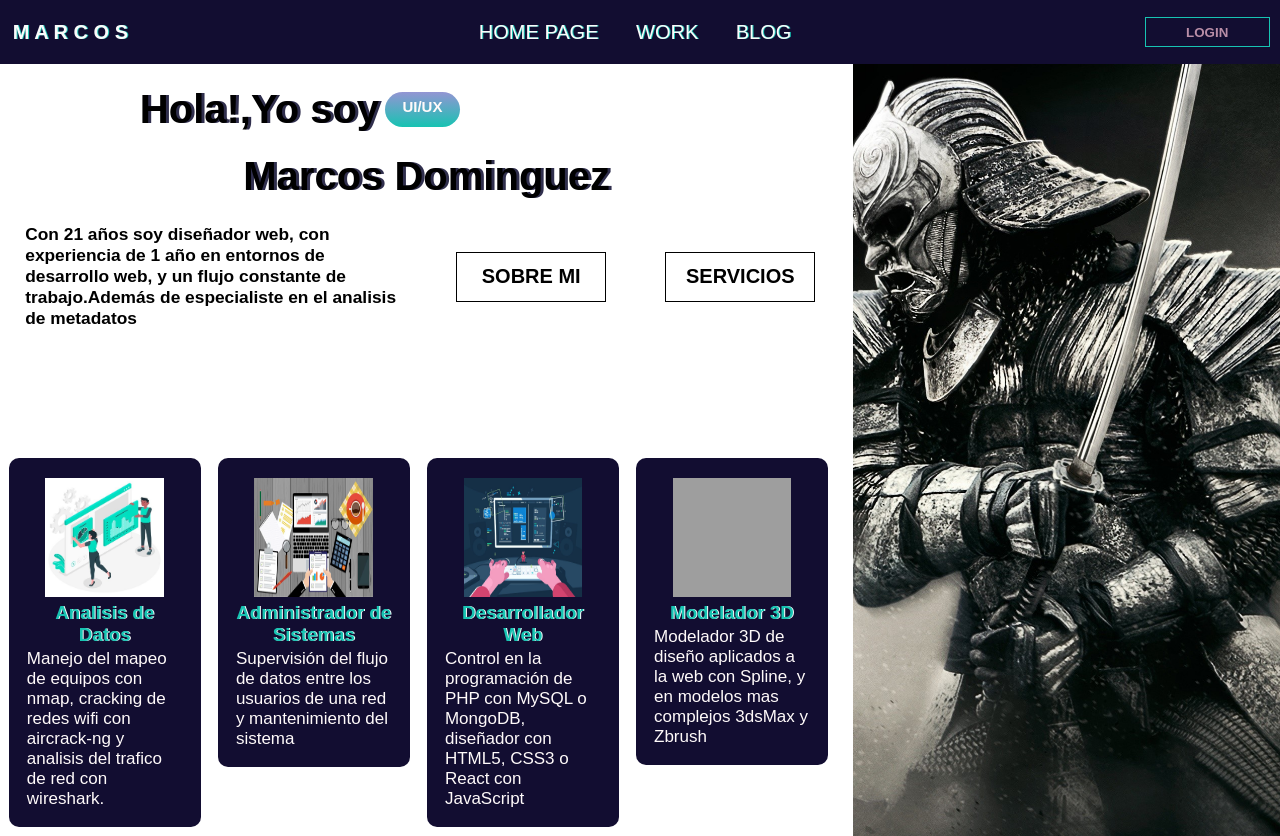
Repository: Sxcram02/Portfolio2
Page: http://localhost/
An editor plug-in stored every save of this project. The page is shown before and after a run of saves, followed by the edit.
The browser window is 1280 px wide. The pictures show the whole page.
Pictures or frames that could not be fetched are drawn as grey boxes. Some web fonts or font styles are not loaded; a fallback is used. The page is run by PHP 8.4 with error messages shown; the project is at /var/www/html/.

Above is the page before, as saved 2023-05-13 22:40:25.

### index.php
<?php
include("./public/objects/clases.inc.php");

session_start();

if ($_SERVER['REQUEST_METHOD'] == 'POST' and isset($_POST['LOGIN'])) {
    $logIn = $_POST['LOGIN'];
    if (isset($logIn)) {
        $_SESSION['user'] = $sesion;
        header("Location: ./public/src/login.php");
        exit();
    }
}
?>
<!DOCTYPE html>
<html lang="es">

<head>
    <meta charset="UTF-8">
    <meta http-equiv="X-UA-Compatible" content="IE=edge" />
    <meta name="viewport" content="width=device-width, initial-scale=1.0" />
    <link rel="shortcut icon" href="media/logo2.png" type="image/x-icon" />
    <link rel="stylesheet" href="styles/index.css" type="text/css" />
    <link rel="stylesheet" href="https://unpkg.com/boxicons@latest/css/boxicons.min.css">
    <title>Home Page</title>
</head>

<body>
    <div id="root">
        <header class="box-nav-bar">
            <a href="/index.php"><h3 class="nav-title">M a r c o s</h3></a>
            <nav class="nav-bar">
                <ul>
                    <a href="index.php"><li>Home Page</li></a>
                    <a href="/public/src/assets/work.php"><li>Work</li></a>
                    <a href="/public/src/assets/blog.php"><li>Blog</li></a>
                </ul>
            </nav>
            <form action="#" method="POST">
                <input type="submit" name="LOGIN" id="LOGIN" value="login" />
            </form>
        </header>
        <main class="container">
            <section id="home_page">
                <script src="/public/funciones/funciones.inc.js"></script>
                <article class="box-name">
                    <h1 class="title">Hola!,Yo soy</h1>
                    <label id="box-ui-ux">UI/UX</label>
                </article>
                <h2 class="title">Marcos Dominguez</h2>
                <article class="box-presentation">
                    <p>Con 21 años soy diseñador web, con experiencia de 1 año en entornos de desarrollo web, y un flujo constante de trabajo.Además de especialiste en el analisis de metadatos</p>
                    <div class="box-inputs">
                        <button onclick="mostrarApartado('box-services','box-aboutMe')">Sobre Mi</button>
                        <button onclick="mostrarApartado('box-aboutMe','box-services')">Servicios</button>
                    </div>
                </article>
            </section>
            <section id="box-services">
                <div id="services">
                    <article id="analisisDatos">
                        <img src="./media/Ilustración del concepto de análisis de configuración Vector Gratis.jpeg" alt="analisisDatos" />
                        <h3>Analisis de Datos</h3>
                        <p>Manejo del mapeo de equipos con nmap, cracking de redes wifi con aircrack-ng y analisis del trafico de red con wireshark.</p>
                    </article>
                    <article>
                        <img src="./media/Estudio socioeconómico para qué sirve, partes y ejemplo.png" alt="" />
                        <h3>Administrador de Sistemas</h3>
                        <p>Supervisión del flujo de datos entre los usuarios de una red y mantenimiento del sistema</p>
                    </article>
                    <article>
                        <img src="./media/Tips To Help Designers Work Better With Coders - Web Design Ledger.jpeg" alt="" />
                        <h3>Desarrollador Web</h3>
                        <p>Control en la programación de PHP con MySQL o MongoDB, diseñador con HTML5, CSS3 o React con JavaScript</p>
                    </article>
                    <article>
                        <img src="./media/superkid-robot-copy.gif" alt="superRobot" id="robot3D" />
                        <h3>Modelador 3D</h3>
                        <p>Modelador 3D de diseño aplicados a la web con Spline, y en modelos mas complejos 3dsMax y Zbrush</p>
                    </article>
                </div>
            </section>
            <section id="box-aboutMe">
                <div id="aboutMe">
                    <h1>Cronología</h1>
                    <hr class="hr" />
                    <article class="box-signatures">
                        <div class="signature1">
                            <i class='bx bx-radio-circle-marked' style='color:#17c3b2'></i>
                            <h3>Titulación ESO y BACHILLER</h3>
                            <img src="./media/chesterton.jpeg" alt="colegio1">
                            <img src="./media/agustinos.jpeg" alt="colegio2">
                            <p>2013-2020</p>
                        </div>
                        <div class="signature2">
                            <i class='bx bx-radio-circle-marked' style='color:#17c3b2'></i>
                            <h3>2º Años en Grado de Derecho</h3>
                            <img src="./media/unir.jpg" alt="universidad">
                            <p>2021-2022</p>
                        </div>
                        <div class="signature3">
                            <i class='bx bx-radio-circle-marked' style='color:#17c3b2'></i>
                            <h3>Grado Superior DAW</h3>
                            <img src="./media/cifp.png" alt="centroFormativo">
                            <p>2022-2024</p>
                        </div>
                        <div class="signature4">
                            <i class='bx bx-radio-circle-marked' style='color:#17c3b2'></i>
                            <h3>Curso de Git</h3>
                            <img src="./media/angulo.jpg" alt="CentroPrivado">
                            <p>2023-2023</p>
                        </div>
                        <div class="signature5">
                            <i class='bx bx-radio-circle-marked' style='color:#17c3b2'></i>
                            <h3>Curso de Animacion 3D</h3>
                            <img src="./media/comercio.png" alt="EntidadPublica">
                            <p>2023-2023</p>
                        </div>
                    </article>
                </div>
            </section>
            <section id="my_photo"></section>
        </main>
    </div>

</body>

</html>

### public/objects/clases.inc.php

    <?php
    class SesionUser {
        private string $sesion;
        public function __construct($sesion){
            $this -> sesion = $sesion;
        }
    }

    /**
     * Database
     */
    class Database {
        private string $localhost, $serverUser, $userPass,$database;
        private object $newObjMysql;

        /**
         * __construct
         *
         * @param  mixed $localhost
         * @param  mixed $serverUser
         * @param  mixed $userPass
         * @param  mixed $database
         * @return void
         */
        public function __construct($localhost, $serverUser, $userPass,$database){
            $this -> localhost = $localhost;
            $this -> serverUser = $serverUser;
            $this -> userPass = $userPass;
            $this -> database = $database;
            $newObjMysql = new mysqli("$localhost","$serverUser","$userPass","$database");
            $this -> newObjMysql = $newObjMysql;
        }

        /**
         * getUser
         *
         * @param  mixed $client
         * @param  mixed $pass
         * @return bool
         */
        public function getUser($client,$pass):bool{
            $mySqlConnection = $this -> newObjMysql;
            $userQuery = "SELECT usr.clientName, usr.contrasenia FROM users usr WHERE usr.clientName='$client' AND usr.contrasenia = '$pass';";
            $result = $mySqlConnection -> query($userQuery);
            if($result){
                return true;
            }else {
                return false;
            }
        }

        /**
         * setPost
         *
         * @param  mixed $postDataArray
         * @return void
         */
        public function setPost(array $postDataArray){
            if(isset($postDataArray)){
                $codBlog = rand(1,1000);
                $columnArray = "'".implode("','",$postDataArray)."'";
                $mysqlConnect = $this -> newObjMysql;
                $insertBlog = "INSERT INTO blog (codBlog,titulo,subtitulo,descripcion,user) VALUES ($codBlog,$columnArray)";
                $mysqlConnect -> query($insertBlog);
                (mysqli_affected_rows($mysqlConnect))?true:false;
            }else {
                echo "Introduce los valores adecuados";
            }
        }

        /**
         * getPost
         *
         * @param  mixed $user
         * @return void
         */
        public function getPost()
        {
                $mySqlConnection = $this -> newObjMysql;
                $getQuery = "SELECT blg.imagen as imagen, blg.titulo as titulo, blg.descripcion as descripcion, blg.subtitulo as subtitulo FROM blog blg JOIN users usr ON blg.user = usr.clientName WHERE usr.clientName = 'marcos';";

                $result = $mySqlConnection -> query($getQuery);
                    echo "<article>";
                        foreach($result as $dataPost){
                            echo "<img src='{$dataPost['imagen']}' alt='post1' />";
                            echo $dataPost['titulo'];
                            echo "<h1>{$dataPost['subtitulo']}</h1>";
                            echo "<p>{$dataPost['descripcion']}</p>";
                        }

                    echo "</article>";
        }
}
    $sesion = new SesionUser("user");
    $databaseConnect= new Database("localhost","root","mdv21.389863","blog");
?>

Loaded but not shown: public/funciones/funciones.inc.js (7 lines, source omitted); styles/index.css (729 lines, source omitted)

After the next 2 saves:
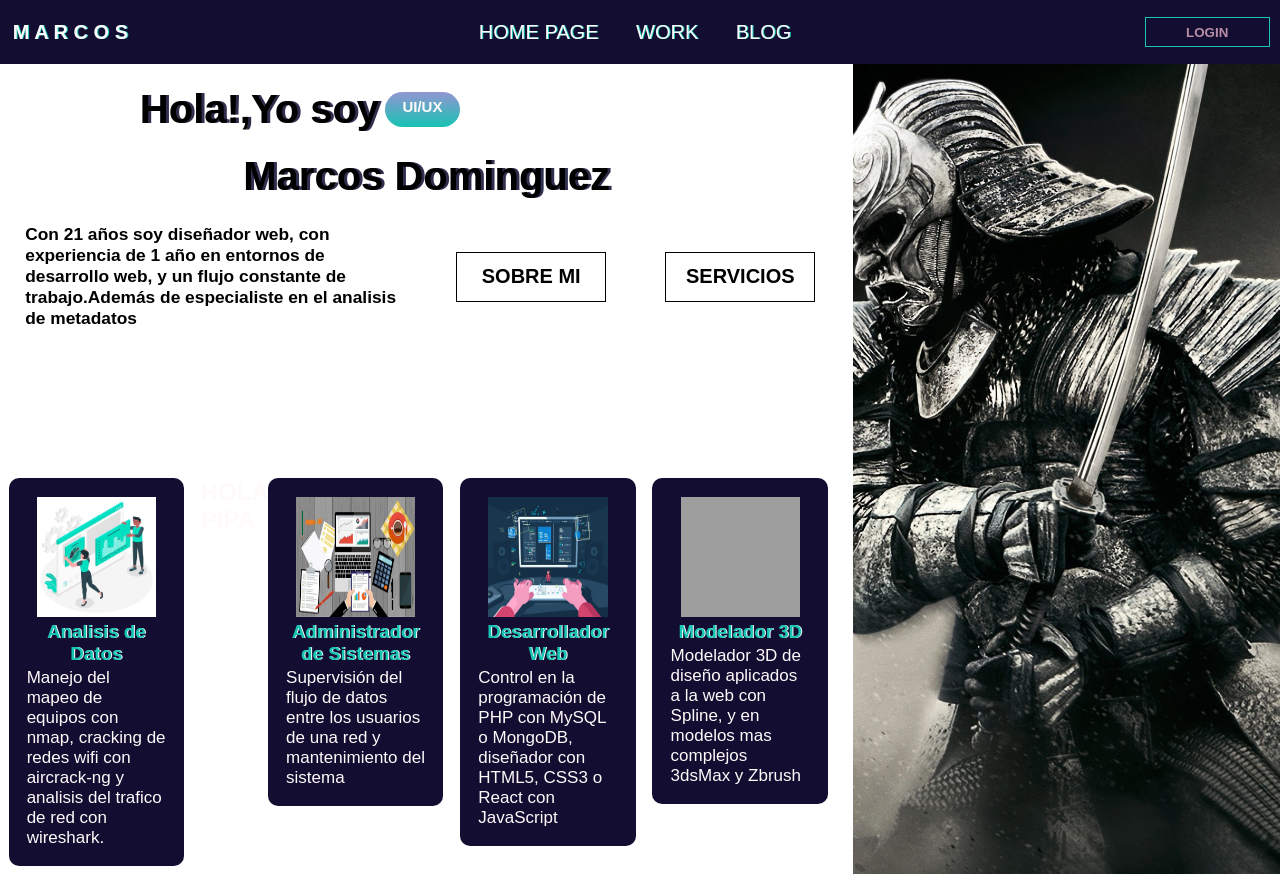
The 2 saves are shown as one change because they came seconds apart.
The last was saved 20 s later.
--- a/index.php
+++ b/index.php
@@ -63,6 +63,7 @@
                         <h3>Analisis de Datos</h3>
                         <p>Manejo del mapeo de equipos con nmap, cracking de redes wifi con aircrack-ng y analisis del trafico de red con wireshark.</p>
                     </article>
+                    <h1>HOLA PIPA</h1>
                     <article>
                         <img src="./media/Estudio socioeconómico para qué sirve, partes y ejemplo.png" alt="" />
                         <h3>Administrador de Sistemas</h3>

After the save that followed:
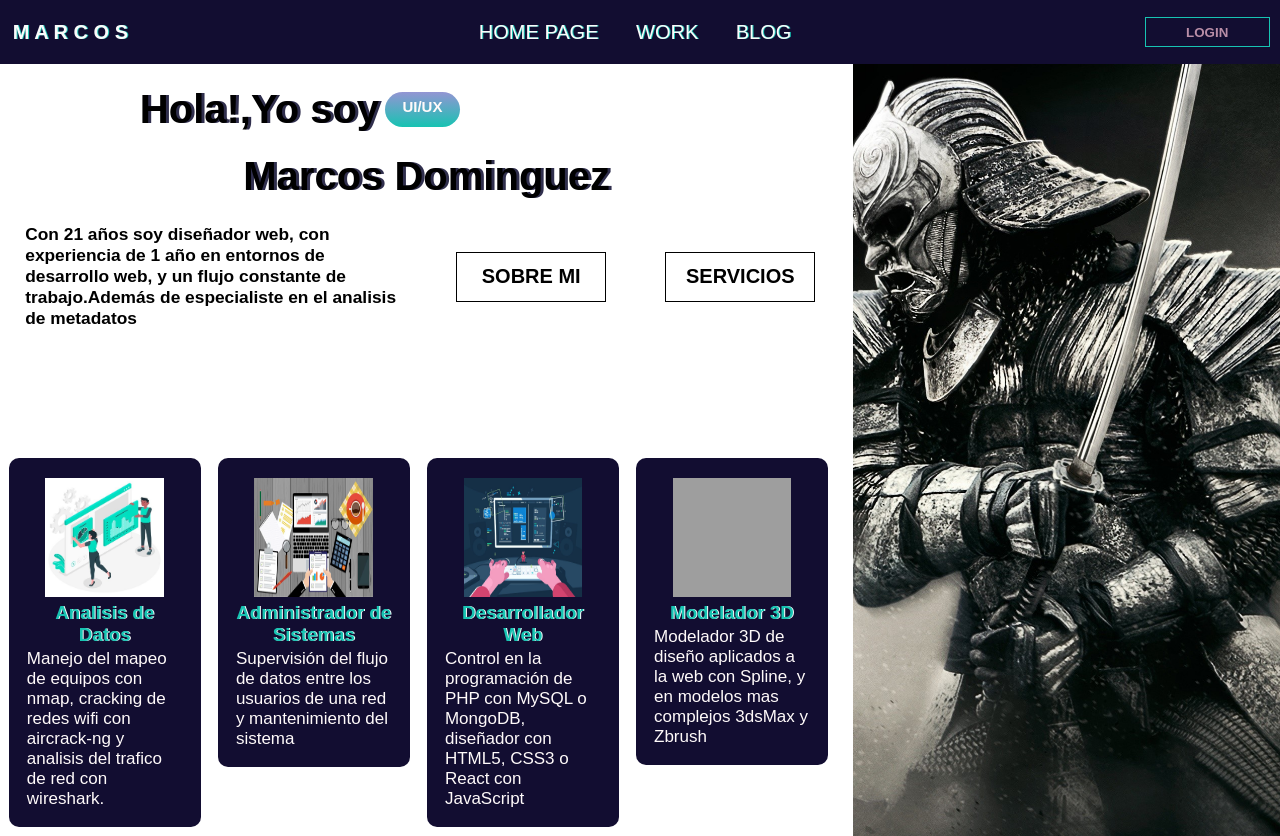
Saved 16 s later.
--- a/index.php
+++ b/index.php
@@ -63,7 +63,6 @@
                         <h3>Analisis de Datos</h3>
                         <p>Manejo del mapeo de equipos con nmap, cracking de redes wifi con aircrack-ng y analisis del trafico de red con wireshark.</p>
                     </article>
-                    <h1>HOLA PIPA</h1>
                     <article>
                         <img src="./media/Estudio socioeconómico para qué sirve, partes y ejemplo.png" alt="" />
                         <h3>Administrador de Sistemas</h3>
